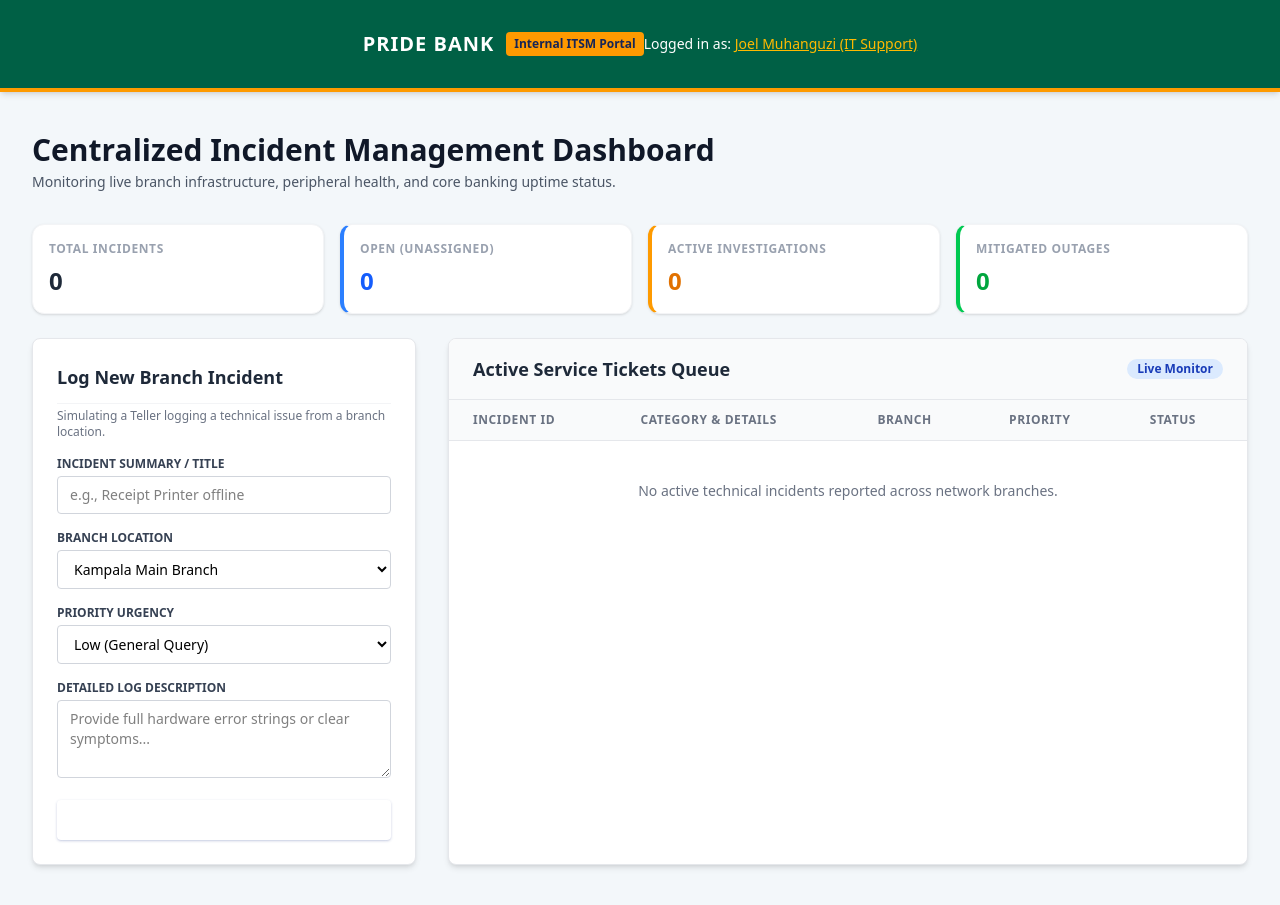
Repository: JOELAGABA/Ticket-reporting-system-for-bank-IT-support-environment-
Page: http://localhost/dashboard
An editor plug-in stored every save of this project. The page is shown before and after the next save, followed by the edit.
The browser window is 1280 px wide. The pictures show the whole page.
The page is served by the project's Laravel application, run on PHP 8.4 with Laravel 12. Other server files are loaded and not shown. Queries for data that is not in the repository find no rows.

Above is the page before, as saved 2026-07-13 10:37:11.

### routes/web.php
<?php

use Illuminate\Support\Facades\Route;
use App\Http\Controllers\TicketController;

Route::get('/', function () {
    return view('welcome');
});

// The main IT dashboard view route
Route::get('/dashboard', [TicketController::class, 'index'])->name('dashboard');
// Route for submitting a new IT incident ticket
Route::post('/tickets', [TicketController::class, 'store'])->name('tickets.store');
// Route for updating an incident's operational status inline
Route::patch('/tickets/{ticket}/status', [TicketController::class, 'updateStatus'])->name('tickets.updateStatus');

### app/Http/Controllers/TicketController.php
<?php

namespace App\Http\Controllers;

use App\Models\Ticket;
use App\Models\User;
use Illuminate\Http\Request;

class TicketController extends Controller
{
    /**
     * Display the IT Support Dashboard.
     */
    /**
     * Display the IT Support Dashboard with real-time metrics counters.
     */
    public function index()
    {
        // 1. Fetch all tickets
        $tickets = Ticket::with(['creator', 'assignee'])->orderBy('priority', 'desc')->get();

        // 2. Compute dynamic operational metrics
        $metrics = [
            'total'       => $tickets->count(),
            'open'        => $tickets->where('status', 'Open')->count(),
            'in_progress' => $tickets->where('status', 'In Progress')->count(),
            'resolved'    => $tickets->where('status', 'Resolved')->count(),
        ];

        return view('dashboard', compact('tickets', 'metrics'));
    }

    /**
     * Store a newly created incident ticket in the database.
     */
    public function store(Request $request)
    {
        // 1. Validate the incoming form data
        $validated = $request->validate([
            'title' => 'required|string|max:255',
            'description' => 'required|string',
            'branch_location' => 'required|string|max:255',
            'priority' => 'required|in:Low,Medium,High,Critical',
        ]);

        // 2. Mock the currently logged-in creator for the prototype.
        // We will default this to Sarah (the Teller user we seeded) to simulate a branch reporting it.
        $teller = User::where('role', 'Teller')->first();

        // 3. Create the ticket record
        Ticket::create([
            'title' => $validated['title'],
            'description' => $validated['description'],
            'branch_location' => $validated['branch_location'],
            'priority' => $validated['priority'],
            'status' => 'Open',
            'category' => 'Hardware Outage',
            'user_id' => $teller ? $teller->id : 1,
            'assigned_to' => null,
        ]);

        // 4. Redirect back to the dashboard with a success banner notice
        return redirect()->route('dashboard')->with('success', 'Incident ticket logged successfully into central systems!');
    }

    /**
     * Update the operational status of an existing incident ticket inline.
     */
    public function updateStatus(Request $request, Ticket $ticket)
    {
        // 1. Validate that the incoming status is one of our allowed lifecycle steps
        $validated = $request->validate([
            'status' => 'required|in:Open,In Progress,Resolved',
        ]);

        // 2. If the ticket is being worked on or resolved, assign it to the IT technician.
        // We will default this to the IT Support user for simulation purposes.
        if ($validated['status'] !== 'Open' && !$ticket->assigned_to) {
            $itStaff = User::where('role', 'IT Support')->first();
            $ticket->assigned_to = $itStaff ? $itStaff->id : null;
        } elseif ($validated['status'] === 'Open') {
            // If flipped back to open, clear the assignee
            $ticket->assigned_to = null;
        }

        // 3. Save the status change
        $ticket->update([
            'status' => $validated['status']
        ]);

        // 4. Redirect back to monitor view with a notification
        return redirect()->route('dashboard')->with('success', "Ticket #INC-" . str_pad($ticket->id, 4, '0', STR_PAD_LEFT) . " lifecycle status modified!");
    }
}

### app/Models/ticket.php
<?php

namespace App\Models;

use Illuminate\Database\Eloquent\Factories\HasFactory;
use Illuminate\Database\Eloquent\Model;
use Illuminate\Database\Eloquent\Relations\BelongsTo;
use Illuminate\Database\Eloquent\Relations\HasMany;

class Ticket extends Model
{
    use HasFactory;

    protected $fillable = [
        'title', 'description', 'category', 'priority', 'status', 'branch_location', 'user_id', 'assigned_to'
    ];

    // The Teller who created the ticket
    public function creator(): BelongsTo
    {
        return $this->belongsTo(User::class, 'user_id');
    }

    // The IT Support Staff assigned to it
    public function assignee(): BelongsTo
    {
        return $this->belongsTo(User::class, 'assigned_to');
    }

    // The comments attached to this ticket
    public function comments(): HasMany
    {
        return $this->hasMany(TicketComment::class);
    }
}

### resources/views/dashboard.blade.php
<!DOCTYPE html>
<html lang="en">
<head>
    <meta charset="UTF-8">
    <meta name="viewport" content="width=device-width, initial-scale=1.0">
    <title>Pride Bank - Internal IT Support Portal</title>
    <script src="https://cdn.jsdelivr.net/npm/@tailwindcss/browser@4"></script>
</head>
<body class="bg-slate-100/80 font-sans antialiased min-h-screen">

    <!-- Top Navigation Bar -->
    <nav class="bg-emerald-800 border-b-4 border-amber-500 text-white px-6 py-3 shadow-md flex justify-between items-center">
        <div class="max-w-7xl mx-auto px-4 sm:px-6 lg:px-8">
            <div class="flex items-center justify-between h-16">
                <div class="flex items-center">
                    <span class="text-xl font-bold tracking-wider">PRIDE BANK</span>
                    <span class="ml-3 px-2 py-1 text-xs bg-amber-500 text-blue-950 font-semibold rounded">Internal ITSM Portal</span>
                </div>
                <div class="text-sm font-medium">
                    Logged in as: <span class="underline text-amber-400">Joel Muhanguzi (IT Support)</span>
                </div>
            </div>
        </div>
    </nav>

    <!-- Main Content Layout -->
    <main class="max-w-7xl mx-auto py-10 px-4 sm:px-6 lg:px-8">

        <!-- Welcome Header -->
        <div class="mb-8">
            <h1 class="text-3xl font-bold text-gray-900">Centralized Incident Management Dashboard</h1>
            <p class="text-sm text-gray-600 mt-1">Monitoring live branch infrastructure, peripheral health, and core banking uptime status.</p>
        </div>

        <!-- System Success Alerts -->
        @if(session('success'))
            <div class="mb-6 p-4 bg-green-100 border-l-4 border-green-500 text-green-700 rounded shadow-sm text-sm font-medium">
                {{ session('success') }}
            </div>
        @endif

        <!-- Real-Time Infrastructure Health Metrics Grid -->
<div class="grid grid-cols-1 md:grid-cols-4 gap-4 mb-6">
    <!-- Total Tickets -->
    <div class="bg-white p-4 rounded-xl border border-gray-100 shadow-sm flex flex-col justify-between">
        <span class="text-xs font-semibold text-gray-400 uppercase tracking-wider">Total Incidents</span>
        <span class="text-2xl font-bold text-gray-800 mt-2">{{ $metrics['total'] }}</span>
    </div>

    <!-- Open Tickets -->
    <div class="bg-white p-4 rounded-xl border border-l-4 border-l-blue-500 border-gray-100 shadow-sm flex flex-col justify-between">
        <span class="text-xs font-semibold text-gray-400 uppercase tracking-wider">Open (Unassigned)</span>
        <span class="text-2xl font-bold text-blue-600 mt-2">{{ $metrics['open'] }}</span>
    </div>

    <!-- In Progress Tickets -->
    <div class="bg-white p-4 rounded-xl border border-l-4 border-l-amber-500 border-gray-100 shadow-sm flex flex-col justify-between">
        <span class="text-xs font-semibold text-gray-400 uppercase tracking-wider">Active Investigations</span>
        <span class="text-2xl font-bold text-amber-600 mt-2">{{ $metrics['in_progress'] }}</span>
    </div>

    <!-- Resolved Tickets -->
    <div class="bg-white p-4 rounded-xl border border-l-4 border-l-green-500 border-gray-100 shadow-sm flex flex-col justify-between">
        <span class="text-xs font-semibold text-gray-400 uppercase tracking-wider">Mitigated Outages</span>
        <span class="text-2xl font-bold text-green-600 mt-2">{{ $metrics['resolved'] }}</span>
    </div>
</div>

        <!-- Grid Layout for Form & Live Monitor -->
        <div class="grid grid-cols-1 lg:grid-cols-3 gap-8">

            <!-- Left Side: Incident Reporting Form Card -->
            <div class="bg-white shadow-md rounded-lg border border-gray-200 p-6 h-fit">
                <h2 class="text-lg font-bold text-gray-800 mb-1 border-b border-gray-100 pb-3">Log New Branch Incident</h2>
                <p class="text-xs text-gray-500 mb-4">Simulating a Teller logging a technical issue from a branch location.</p>

                <form action="{{ route('tickets.store') }}" method="POST" class="space-y-4">
                    @csrf
                    <div>
                        <label class="block text-xs font-semibold text-gray-700 uppercase mb-1">Incident Summary / Title</label>
                        <input type="text" name="title" placeholder="e.g., Receipt Printer offline" required
                            class="w-full text-sm border border-gray-300 rounded px-3 py-2 focus:outline-none focus:border-blue-500">
                    </div>

                    <div>
                        <label class="block text-xs font-semibold text-gray-700 uppercase mb-1">Branch Location</label>
                        <select name="branch_location" required class="w-full text-sm border border-gray-300 rounded px-3 py-2 focus:outline-none focus:border-blue-500">
                            <option value="Kampala Main Branch">Kampala Main Branch</option>
                            <option value="Jinja Branch">Jinja Branch</option>
                            <option value="Entebbe Branch">Entebbe Branch</option>
                            <option value="Mbarara Branch">Mbarara Branch</option>
                        </select>
                    </div>

                    <div>
                        <label class="block text-xs font-semibold text-gray-700 uppercase mb-1">Priority Urgency</label>
                        <select name="priority" required class="w-full text-sm border border-gray-300 rounded px-3 py-2 focus:outline-none focus:border-blue-500">
                            <option value="Low">Low (General Query)</option>
                            <option value="Medium">Medium (Operational Flaw)</option>
                            <option value="High">High (Hardware Outage)</option>
                            <option value="Critical">Critical (Core System Down)</option>
                        </select>
                    </div>

                    <div>
                        <label class="block text-xs font-semibold text-gray-700 uppercase mb-1">Detailed Log Description</label>
                        <textarea name="description" rows="3" placeholder="Provide full hardware error strings or clear symptoms..." required
                            class="w-full text-sm border border-gray-300 rounded px-3 py-2 focus:outline-none focus:border-blue-500"></textarea>
                    </div>

                    <button type="submit" class="w-full bg-emrald-700 text-white hover:bg-blue-800 font-semibold text-sm py-2.5 px-4 rounded transition-colors shadow shadow-blue-900/20">
                        Dispatch to IT Queue
                    </button>
                </form>
            </div>

            <!-- Right Side: Active Service Tickets Monitor Table -->
            <div class="lg:grid-cols-1 lg:col-span-2 bg-white shadow-md rounded-lg overflow-hidden border border-gray-200">
                <div class="bg-gray-50 px-6 py-4 border-b border-gray-200 flex justify-between items-center">
                    <h2 class="text-lg font-semibold text-gray-800">Active Service Tickets Queue</h2>
                    <span class="px-2.5 py-0.5 text-xs font-semibold bg-blue-100 text-blue-800 rounded-full">Live Monitor</span>
                </div>

                <div class="overflow-x-auto">
                    <table class="min-w-full divide-y divide-gray-200">
                        <thead class="bg-gray-50 text-left text-xs font-medium text-gray-500 uppercase tracking-wider">
                            <tr>
                                <th class="px-6 py-3">Incident ID</th>
                                <th class="px-6 py-3">Category & Details</th>
                                <th class="px-6 py-3">Branch</th>
                                <th class="px-6 py-3">Priority</th>
                                <th class="px-6 py-3">Status</th>
                            </tr>
                        </thead>
                        <tbody class="bg-white divide-y divide-gray-200 text-sm">
                            @forelse($tickets as $ticket)
                                <tr class="hover:bg-gray-50 transition-colors">
                                    <td class="px-6 py-4 whitespace-nowrap font-mono text-gray-600 font-bold">
                                        #INC-{{ str_pad($ticket->id, 4, '0', STR_PAD_LEFT) }}
                                    </td>
                                    <td class="px-6 py-4">
                                        <div class="font-semibold text-gray-900">{{ $ticket->title }}</div>
                                        <div class="text-gray-500 text-xs mt-0.5">{{ $ticket->description }}</div>
                                        <div class="text-xs text-gray-400 mt-1">Reported by: {{ $ticket->creator->name ?? 'System' }} ({{ $ticket->creator->role ?? 'User' }})</div>
                                    </td>
                                    <td class="px-6 py-4 whitespace-nowrap text-gray-700 text-xs">
                                        {{ $ticket->branch_location }}
                                    </td>
                                    <td class="px-6 py-4 whitespace-nowrap">
                                        @if($ticket->priority === 'Critical')
                                            <span class="px-2 py-0.5 text-[10px] font-bold rounded bg-red-100 text-red-800 animate-pulse border border-red-200">CRITICAL</span>
                                        @elseif($ticket->priority === 'High')
                                            <span class="px-2 py-0.5 text-[10px] font-semibold rounded bg-orange-100 text-orange-800">HIGH</span>
                                        @elseif($ticket->priority === 'Medium')
                                            <span class="px-2 py-0.5 text-[10px] font-semibold rounded bg-yellow-100 text-yellow-800">MEDIUM</span>
                                        @else
                                            <span class="px-2 py-0.5 text-[10px] font-semibold rounded bg-green-100 text-green-800">LOW</span>
                                        @endif
                                    </td>
                                    <td class="px-6 py-4 whitespace-nowrap">
                                        <form action="{{ route('tickets.updateStatus', $ticket->id) }}" method="POST" class="inline-block">
                                            @csrf
                                            @method('PATCH')
                                            <select name="status" onchange="this.form.submit()"
                                                class="text-xs font-semibold rounded-full px-2.5 py-1 focus:outline-none border border-transparent cursor-pointer
                                                @if($ticket->status === 'Open') bg-blue-100 text-blue-700 border-blue-200
                                                @elseif($ticket->status === 'In Progress') bg-amber-100 text-amber-700 border-amber-200
                                                @else bg-green-100 text-green-700 border-green-200 @endif">
                                                <option value="Open" {{ $ticket->status === 'Open' ? 'selected' : '' }}>Open</option>
                                                <option value="In Progress" {{ $ticket->status === 'In Progress' ? 'selected' : '' }}>In Progress</option>
                                                <option value="Resolved" {{ $ticket->status === 'Resolved' ? 'selected' : '' }}>Resolved</option>
</select>
</form>
                                    </td>
                                </tr>
                            @empty
                                <tr>
                                    <td colspan="5" class="px-6 py-10 text-center text-gray-500">
                                        No active technical incidents reported across network branches.
                                    </td>
                                </tr>
                            @endforelse
                        </tbody>
                    </table>
                </div>
            </div>

        </div>
    </main>

</body>
</html>

Loaded but not shown: app/Http/Controllers/Controller.php (common file)

After the next save:
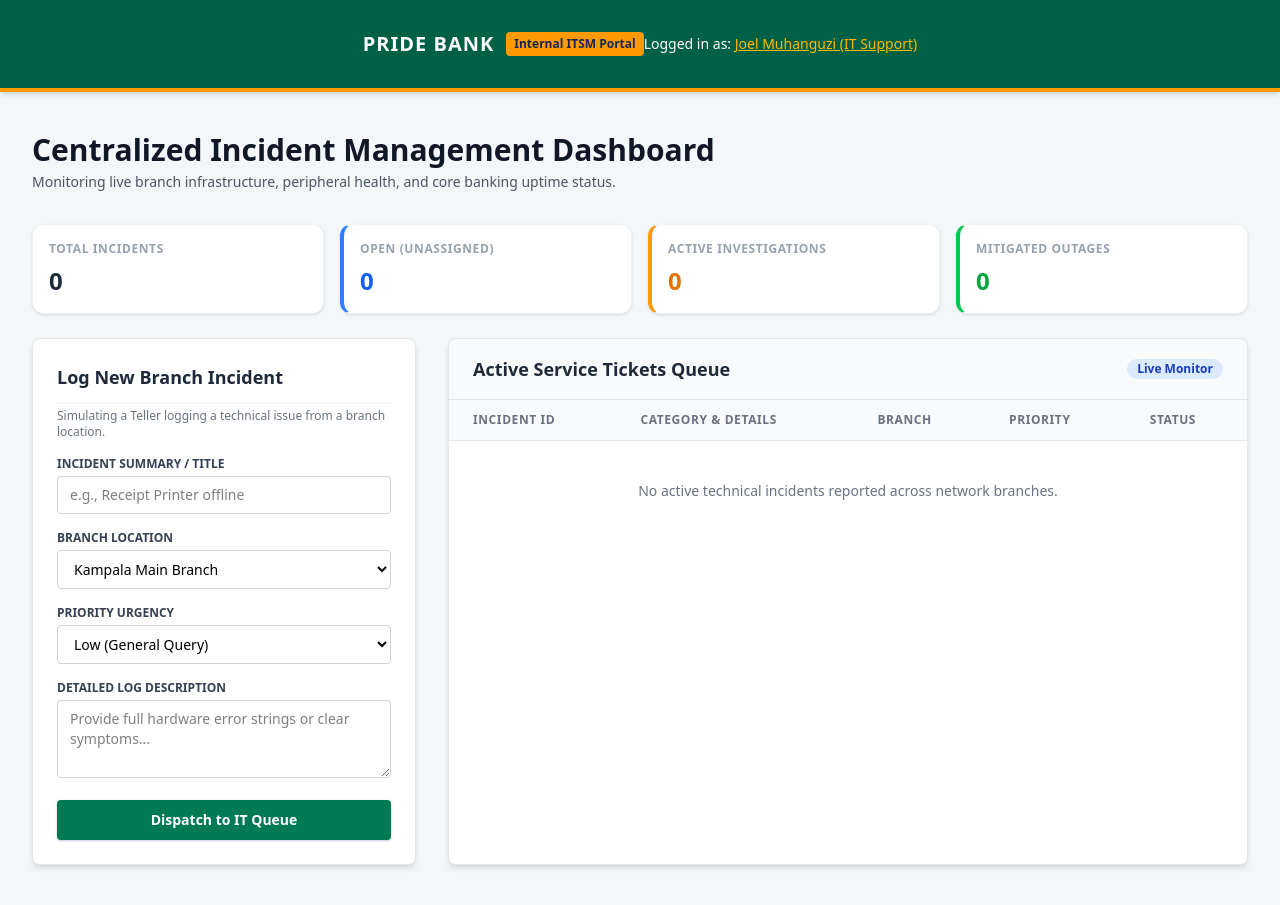
Saved 35 s later.
--- a/resources/views/dashboard.blade.php
+++ b/resources/views/dashboard.blade.php
@@ -108,7 +108,7 @@
                             class="w-full text-sm border border-gray-300 rounded px-3 py-2 focus:outline-none focus:border-blue-500"></textarea>
                     </div>
 
-                    <button type="submit" class="w-full bg-emrald-700 text-white hover:bg-blue-800 font-semibold text-sm py-2.5 px-4 rounded transition-colors shadow shadow-blue-900/20">
+                    <button type="submit" class="w-full bg-emerald-700 text-white hover:bg-blue-800 font-semibold text-sm py-2.5 px-4 rounded transition-colors shadow shadow-blue-900/20">
                         Dispatch to IT Queue
                     </button>
                 </form>
